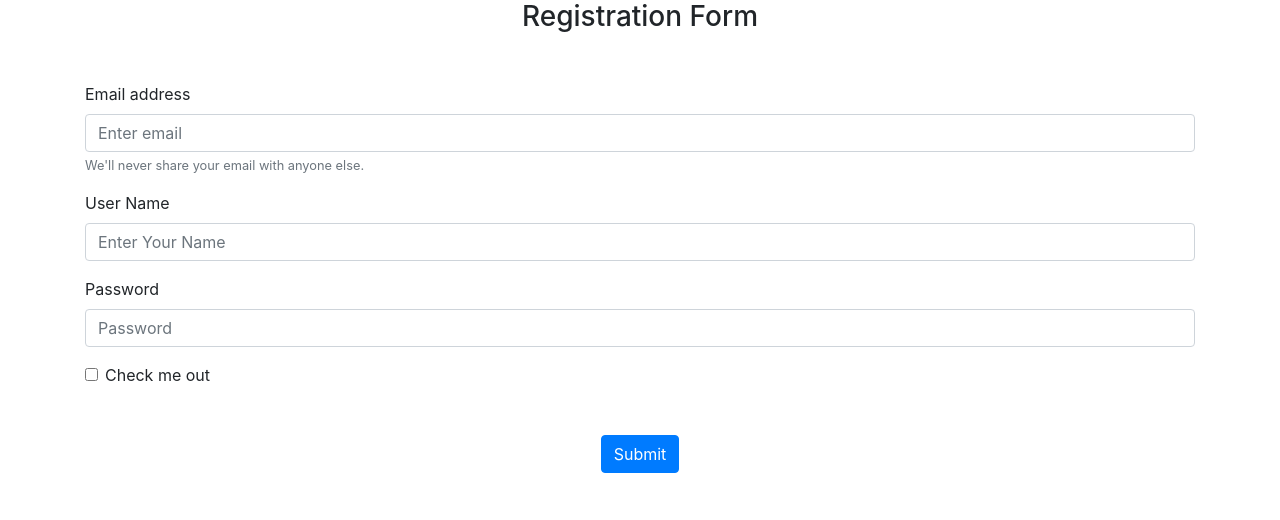
Repository: wanderwisecoder/spring_framework_learnings
Page: http://localhost/SpringMVC/contact
The author's editor kept a copy of each file at every save. The page is drawn from the files as they stood at one save, then again after a run of saves.
The browser window is 1280 px wide. The pictures show the whole page.
Some web libraries are served in a nearby version. The page is served by Tomcat 9. Other server files are loaded and not shown.

Above is the page before, as saved 2023-12-19 08:53:50.

### SpringMVC/src/main/webapp/WEB-INF/spring-servlet.xml
<?xml version="1.0" encoding="UTF-8"?>
<beans xmlns="http://www.springframework.org/schema/beans"
	xmlns:xsi="http://www.w3.org/2001/XMLSchema-instance"
	xmlns:context="http://www.springframework.org/schema/context"
	xmlns:p="http://www.springframework.org/schema/p"
	xsi:schemaLocation="http://www.springframework.org/schema/beans
  https://www.springframework.org/schema/beans/spring-beans.xsd
  http://www.springframework.org/schema/context
  http://www.springframework.org/schema/context/spring-context.xsd">

<context:component-scan base-package="springmvc.controller"/>

	<bean
		class="org.springframework.web.servlet.view.InternalResourceViewResolver"
		name="viewResolver">

		<property name="prefix" value="/WEB-INF/views/"></property>

		<property name="suffix" value=".jsp"></property>
	</bean>


	<!-- more bean definitions go here -->
</beans>

### SpringMVC/src/main/webapp/WEB-INF/views/contact.jsp
<!doctype html>
<html lang="en">
<head>
<!-- Required meta tags -->
<meta charset="utf-8">
<meta name="viewport"
	content="width=device-width, initial-scale=1, shrink-to-fit=no">

<!-- Bootstrap CSS -->
<link rel="stylesheet"
	href="https://cdn.jsdelivr.net/npm/bootstrap@4.0.0/dist/css/bootstrap.min.css"
	integrity="sha384-Gn5384xqQ1aoWXA+058RXPxPg6fy4IWvTNh0E263XmFcJlSAwiGgFAW/dAiS6JXm"
	crossorigin="anonymous">

<title>Hello, world!</title>
</head>
<body>
<h3 class="text-center">Registration Form</h3>
	<div class="container  mt-5">
		<form>
			<div class="form-group">
				<label for="exampleInputEmail1">Email address</label> <input
					type="email" class="form-control" id="exampleInputEmail1"
					aria-describedby="emailHelp" placeholder="Enter email"> <small
					id="emailHelp" class="form-text text-muted">We'll never
					share your email with anyone else.</small>
			</div>
			<div class="form-group">
				<label for="userName">User Name</label> <input type="text"
					class="form-control" id="userName" aria-describedby="emailHelp"
					placeholder="Enter Your Name">
			</div>
			<div class="form-group">
				<label for="exampleInputPassword1">Password</label> <input
					type="password" class="form-control" id="exampleInputPassword1"
					placeholder="Password">
			</div>
			<div class="form-check">
				<input type="checkbox" class="form-check-input" id="exampleCheck1">
				<label class="form-check-label" for="exampleCheck1">Check me
					out</label>
			</div>
			<div class="container mt-5 text-center">
				<button type="submit" class="btn btn-primary">Submit</button>
			</div>
		</form>
	</div>

	<!-- Optional JavaScript -->
	<!-- jQuery first, then Popper.js, then Bootstrap JS -->
	<script src="https://code.jquery.com/jquery-3.2.1.slim.min.js"
		integrity="sha384-KJ3o2DKtIkvYIK3UENzmM7KCkRr/rE9/Qpg6aAZGJwFDMVNA/GpGFF93hXpG5KkN"
		crossorigin="anonymous"></script>
	<script
		src="https://cdn.jsdelivr.net/npm/popper.js@1.12.9/dist/umd/popper.min.js"
		integrity="sha384-ApNbgh9B+Y1QKtv3Rn7W3mgPxhU9K/ScQsAP7hUibX39j7fakFPskvXusvfa0b4Q"
		crossorigin="anonymous"></script>
	<script
		src="https://cdn.jsdelivr.net/npm/bootstrap@4.0.0/dist/js/bootstrap.min.js"
		integrity="sha384-JZR6Spejh4U02d8jOt6vLEHfe/JQGiRRSQQxSfFWpi1MquVdAyjUar5+76PVCmYl"
		crossorigin="anonymous"></script>
</body>
</html>

### SpringMVC/src/main/java/springmvc/controller/ContactController.java
package springmvc.controller;

import org.springframework.stereotype.Controller;
import org.springframework.web.bind.annotation.RequestMapping;

@Controller
public class ContactController {
	@RequestMapping("/contact")
	public String showForm() {

		return "contact";

	}
}

### SpringMVC/src/main/java/springmvc/controller/HomeController.java
package springmvc.controller;

import java.time.LocalDateTime;
import java.util.ArrayList;
import java.util.List;

import org.springframework.stereotype.Controller;
import org.springframework.ui.Model;
import org.springframework.web.bind.annotation.RequestMapping;
import org.springframework.web.servlet.ModelAndView;

@Controller
public class HomeController {

	@RequestMapping("/home")
	public String home(Model model) {
		model.addAttribute("age", 54);
		System.out.println("This is home controller/url.!");
		model.addAttribute("name", "Roshan");

		model.addAttribute("id", 1234);
		return "index";
	}

	@RequestMapping("/about")
	public String about() {
		System.out.println("This is about controller/url.!");
		return "about";
	}


	//services
	//help
	@RequestMapping("/help")
	public ModelAndView help() {
		System.out.println("This is help controller/url.!");

		//creating ModelAndView object
		ModelAndView modelAndView =  new ModelAndView();

		//setting the data
		modelAndView.addObject("name","Uttam");
		modelAndView.addObject("rollNumber",11222);

		LocalDateTime now = LocalDateTime.now();
		modelAndView.addObject("time", now);

		//List Object
		List<Integer> list = new ArrayList<Integer>();
		list.add(34);
		list.add(87);
		list.add(92);
		list.add(67);
		list.add(45);

		modelAndView.addObject("marks",list);

		//setting the view name
		modelAndView.setViewName("help");


		return modelAndView;
	}

}

After the next 3 saves:
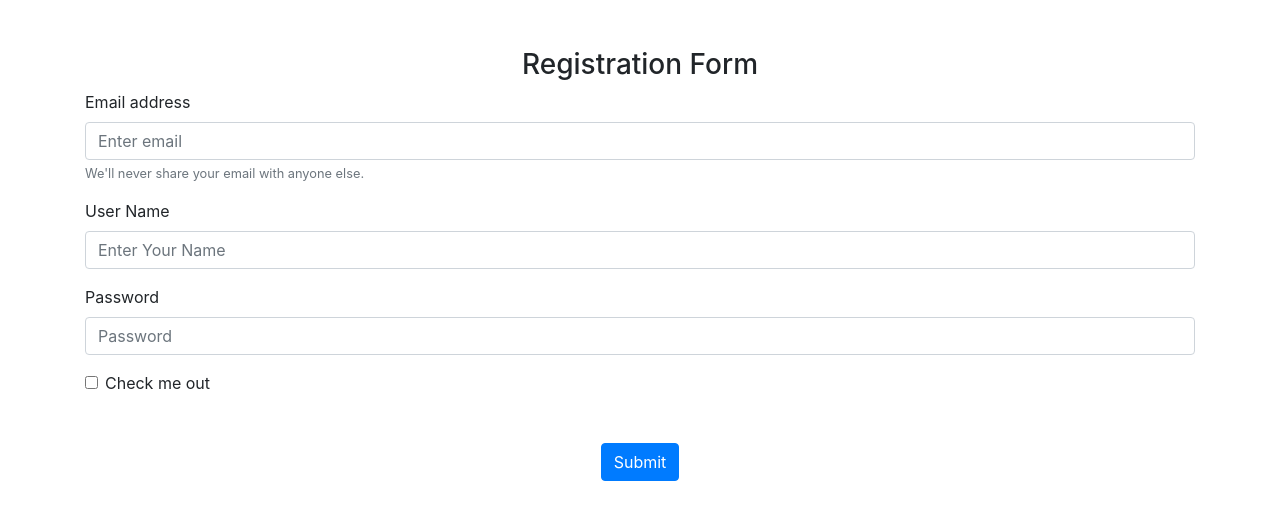
The 3 saves are shown as one change because they came seconds apart.
The last was saved 19 s later.
--- a/SpringMVC/src/main/webapp/WEB-INF/views/contact.jsp
+++ b/SpringMVC/src/main/webapp/WEB-INF/views/contact.jsp
@@ -15,8 +15,9 @@
 <title>Hello, world!</title>
 </head>
 <body>
-<h3 class="text-center">Registration Form</h3>
 	<div class="container  mt-5">
+
+		<h3 class="text-center">Registration Form</h3>
 		<form>
 			<div class="form-group">
 				<label for="exampleInputEmail1">Email address</label> <input
